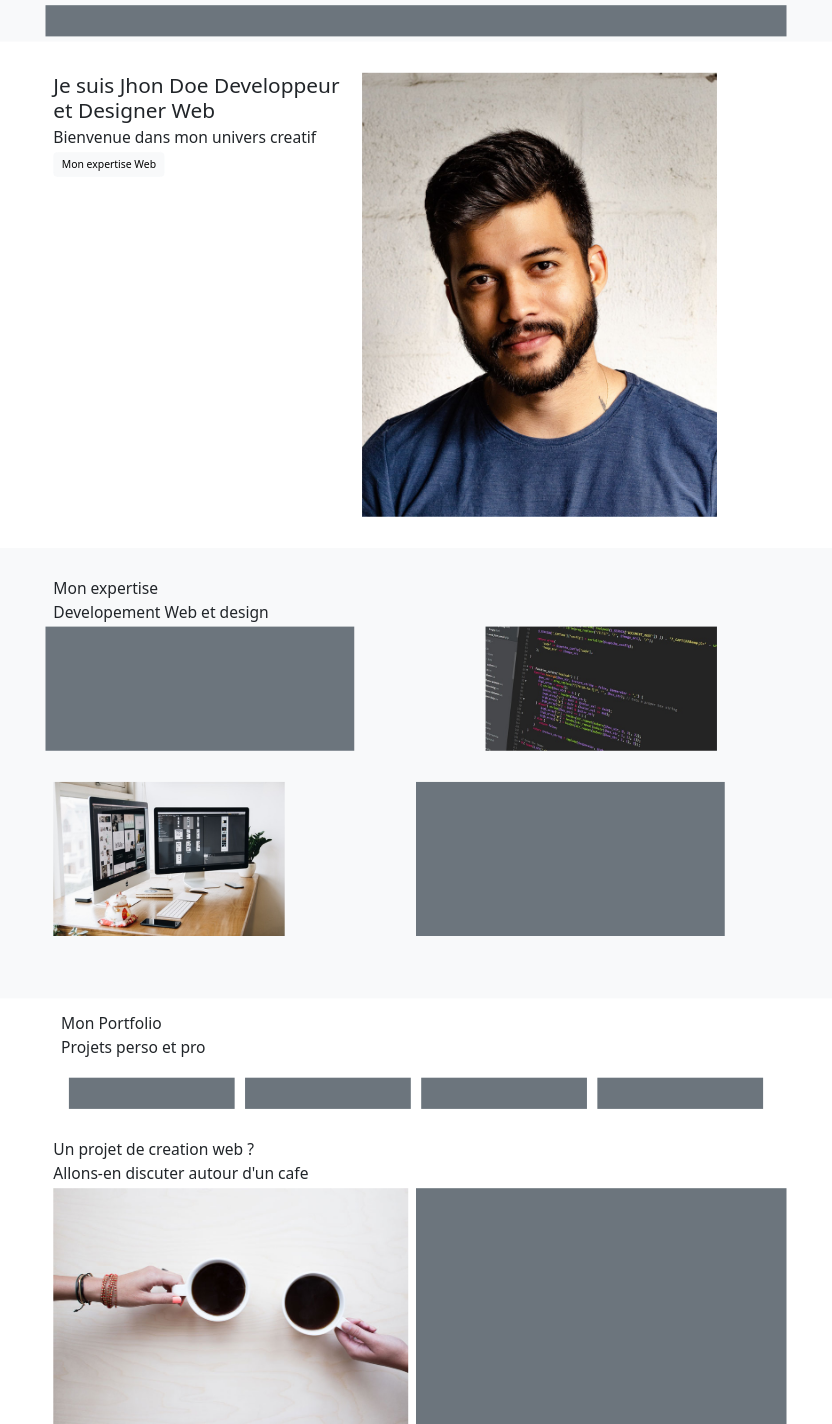
Repository: wadelfadill/Bootstrap_tache_1_portfolio
Page: index.html
These files come from the project's save history. The page is drawn as it stood at one moment and after the next save; the edit follows.
The browser window is 1280 px wide. The pictures show the whole page, at 65% of full size.

Above is the page before, as saved 2023-03-27 13:14:34.

### index.html
<!DOCTYPE html>
<html lang="en">
<head>
    <meta charset="UTF-8">
    <meta http-equiv="X-UA-Compatible" content="IE=edge">
    <meta name="viewport" content="width=device-width, initial-scale=1.0">
    <title>Portfolio_Bootstrap</title>
    <link href="https://cdn.jsdelivr.net/npm/bootstrap@5.3.0-alpha2/dist/css/bootstrap.min.css" rel="stylesheet" integrity="sha384-aFq/bzH65dt+w6FI2ooMVUpc+21e0SRygnTpmBvdBgSdnuTN7QbdgL+OapgHtvPp" crossorigin="anonymous">
    <link rel="stylesheet" href="style.css">
</head>
<body>
    <header>
        <nav class="navbar bg-light container-fluid">
            <div class="container bg-secondary py-4">

            </div>
        </nav>
    </header>
    <main>
        <section class="my-5">
            <div class="container">
                <div class="row">
                    <div class="col-5">
                        <p class="h2">Je suis Jhon Doe Developpeur et Designer Web</p>
                        <p class="h4">Bienvenue dans mon univers creatif</p>
                        <a class="btn btn-light" href="#" role="button">Mon expertise Web</a>

                    </div>
                    <div class="col-6">
                        <img src="img/portrait.jpg" alt="profile de Jhon Doe" class="w-100">
                    </div>
                </div>
            </div>
        </section>
        <section>
            <div class="container-fluid bg-light py-5 mt-5">
                <div class="container ">
                 <p class="h4">Mon expertise</p>
                 <p class="h4">Developement Web et design</p>
                <div class="row">
                    <div class="col-5 bg-secondary">

                    </div>
                    <div class="col-2"></div>
                    <div class="col-4">
                        <img src="img/code.jpg" alt="" class="w-100">
                    </div>
                </div>
                <div class="row my-5">
                    <div class="col-4">
                        <img src="img/design.jpg" alt="" class="w-100">
                    </div>
                    <div class="col-2"></div>
                    <div class="col-5 bg-secondary">

                    </div>
                </div>
             </div>
        </section>
        <section class="container">
            <div class="container my-4">
                <p class="h4">Mon Portfolio</p>
                <p class="h4">Projets perso et pro</p>
                <div class="row gap-3 p-4">
                    <div class="col bg-secondary py-4"></div>
                    <div class="col bg-secondary py-4"></div>
                    <div class="col bg-secondary py-4"></div>
                    <div class="col bg-secondary py-4"></div>
                </div>
            </div>
        </section>
        <section>
            <div class="container">
                <p class="h4">Un projet de creation web ?</p>
                <p class="h4">Allons-en discuter autour d'un cafe</p>
                <div class="row ga-4">
                    <div class="col">
                        <img src="img/grab-a-coffee.jpg" class="w-100" alt="">
                    </div>
                    <div class="col bg-secondary"></div>
                </div>
            </div>
        </section>
    </main>



</body>
</html>

Loaded but not shown: style.css (no stored copy; drawn as an empty file)

After the next save:
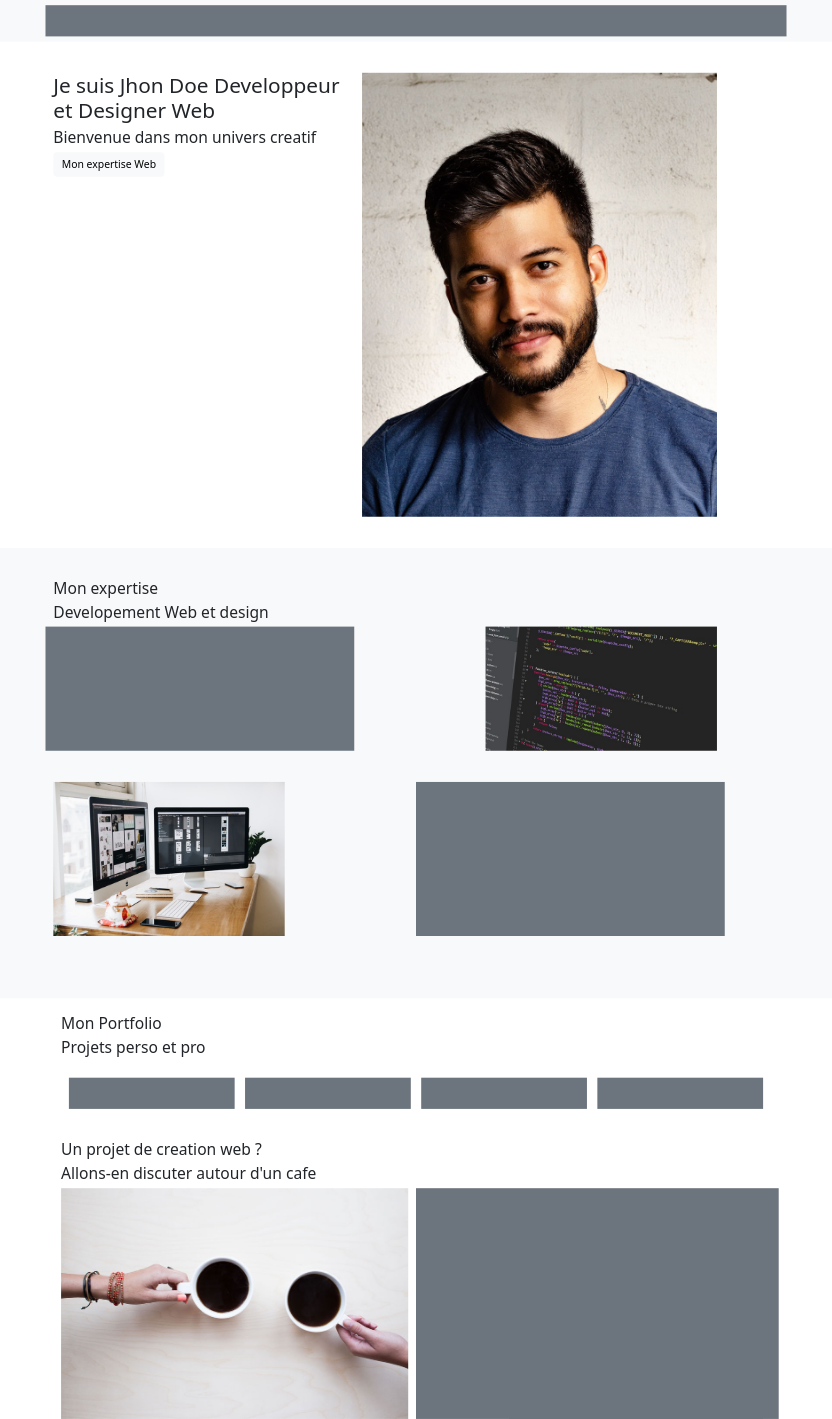
Saved 18 s later.
--- a/index.html
+++ b/index.html
@@ -69,7 +69,7 @@
                 </div>
             </div>
         </section>
-        <section>
+        <section class="container">
             <div class="container">
                 <p class="h4">Un projet de creation web ?</p>
                 <p class="h4">Allons-en discuter autour d'un cafe</p>
